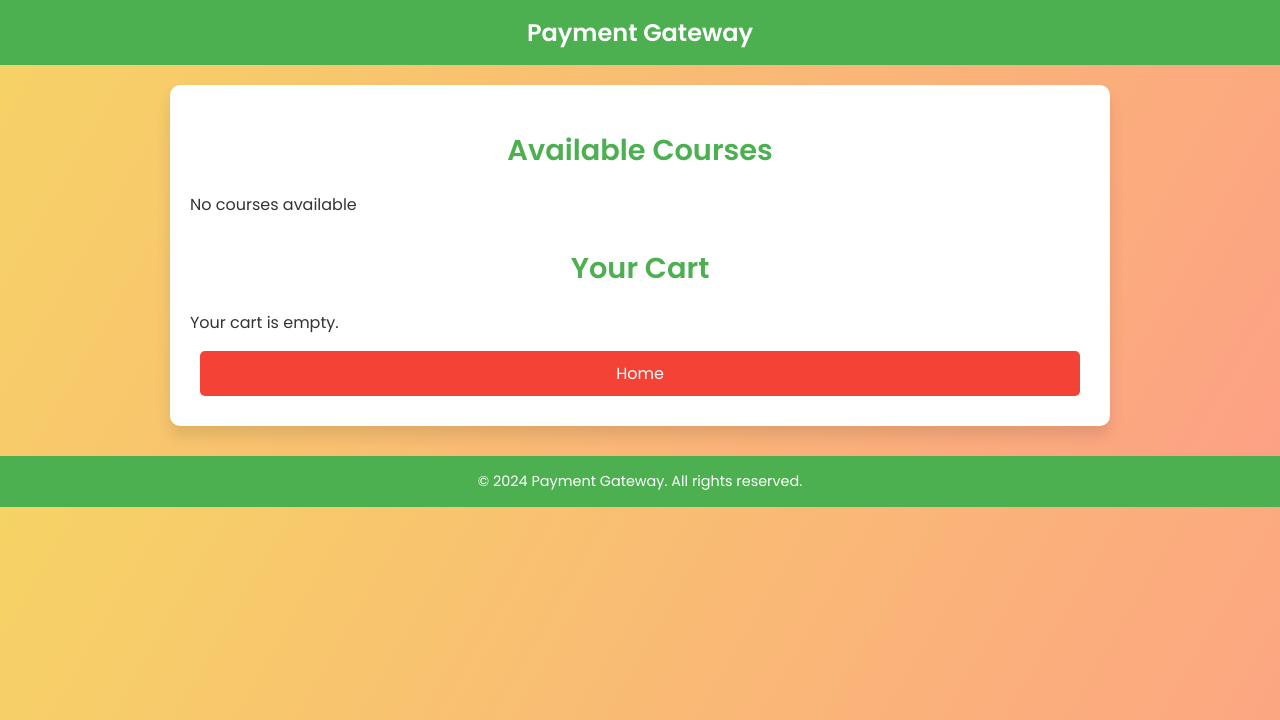
Repository: Syed1818/project
Page: http://localhost/payment_gateway.php
An editor plug-in stored every save of this project. The page is shown before and after the next save, followed by the edit.
The browser window is 1280 px wide. The pictures show the whole page.
The page is run by PHP 8.4 with error messages shown; the project is at /var/www/html/. The session is filled in as if someone had signed in: {"user_id": 1}. Queries for data that is not in the repository find no rows.

Above is the page before, as saved 2024-12-07 10:04:23.

After the next save:
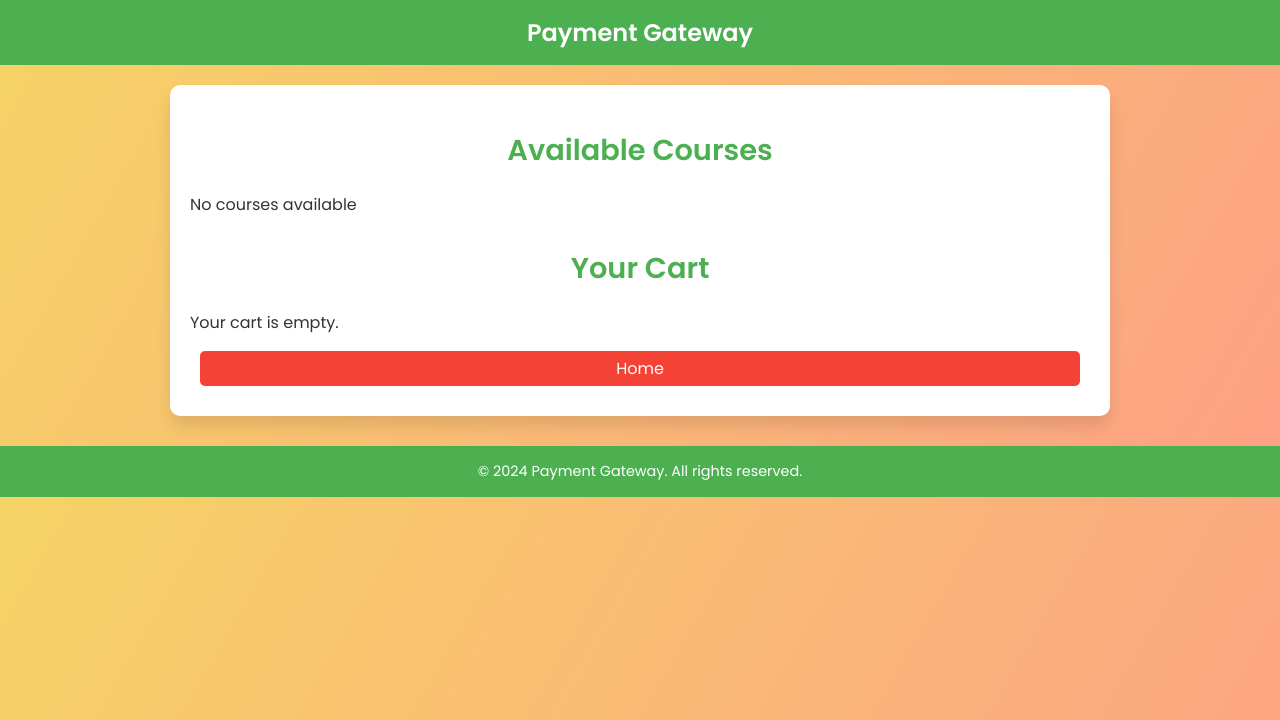
Saved 21 s later.
--- a/payment_gateway.php
+++ b/payment_gateway.php
@@ -186,7 +186,7 @@
             margin: 10px;
             background-color: #f44336;
             color: white;
-            padding: 10px 20px;
+            padding: 5px 5px;
             text-decoration: none;
             border-radius: 5px;
             font-size: 1rem;

After the save that followed:
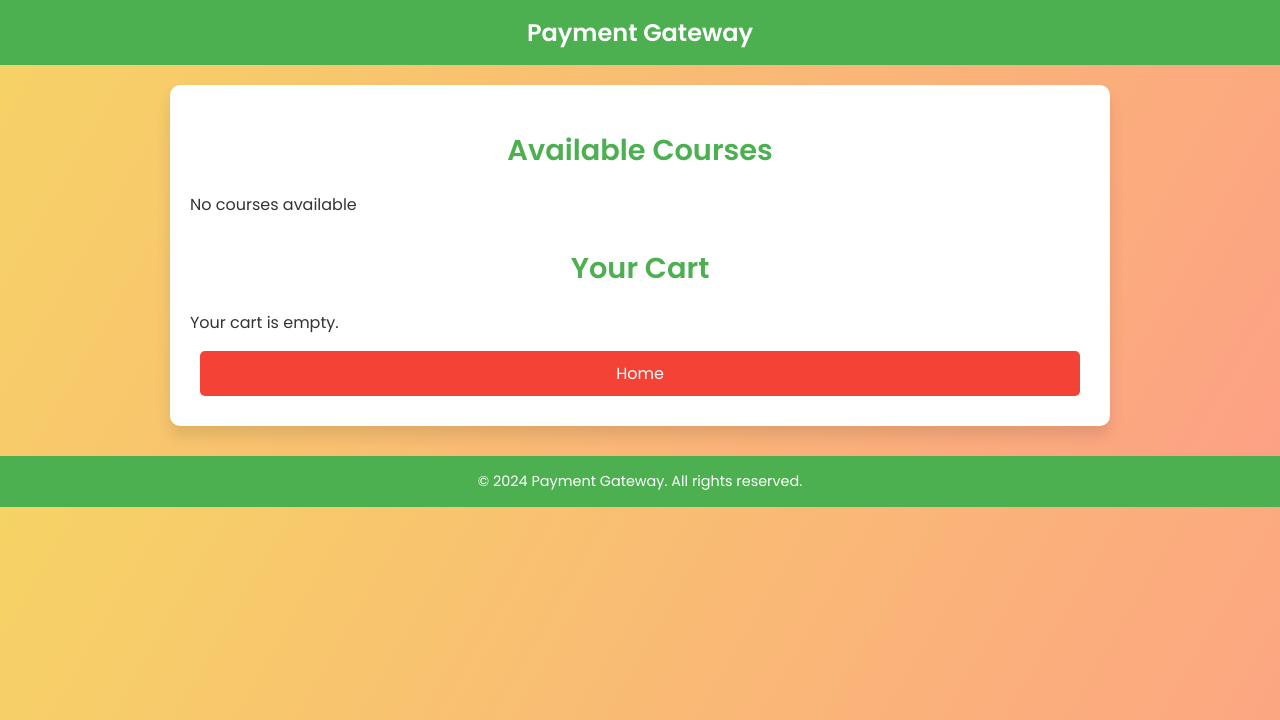
Saved 8 s later.
--- a/payment_gateway.php
+++ b/payment_gateway.php
@@ -186,7 +186,7 @@
             margin: 10px;
             background-color: #f44336;
             color: white;
-            padding: 5px 5px;
+            padding: 10px 20px;
             text-decoration: none;
             border-radius: 5px;
             font-size: 1rem;
